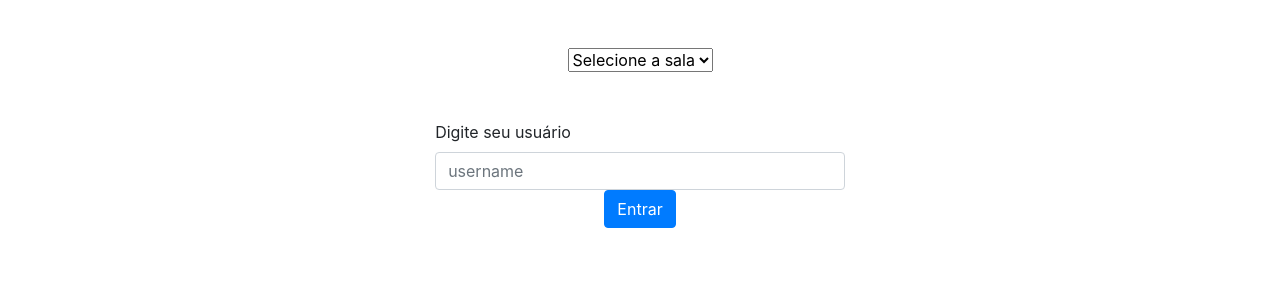
Repository: andre06x/chat-scoketio
Page: / (app in front/)
The author's editor kept a copy of each file at every save. The page is drawn from the files as they stood at one save, then again after the next save.
The browser window is 1280 px wide. The pictures show the whole page.
The page's requests for data from a server got no answer. The project was rebuilt for these pictures with package versions that can differ from the ones it lists, and the page was loaded fresh each time. No one was signed in, and anything a server would have sent is missing. Also part of the build but not shown: front/vite.config.js, front/src/chat.js.

Above is the page before, as saved 2022-05-16 11:02:24.

After the next save:
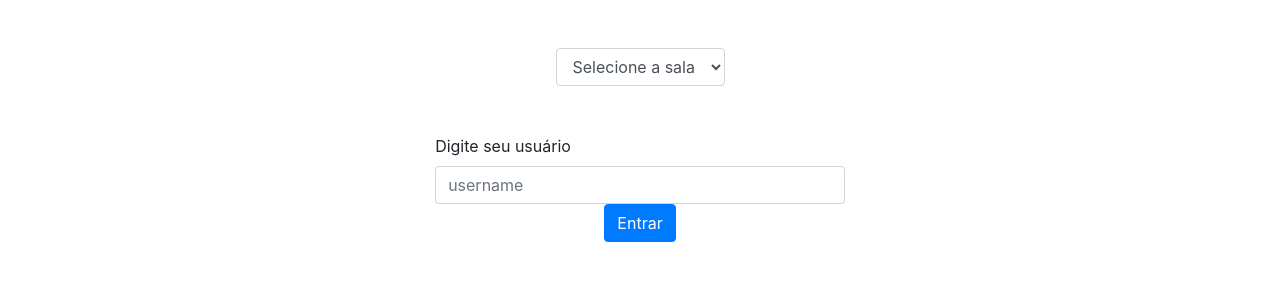
Saved 16 s later.
--- a/front/src/index.jsx
+++ b/front/src/index.jsx
@@ -21,7 +21,7 @@ const Home = () => {
   return (
     <div class="container d-flex flex-column align-items-center">
       <div class="row m-5">
-        <select name="select_room" id="select_room">
+        <select name="select_room"className="form-control"  id="select_room">
           <option value="-1">Selecione a sala</option>
           <option value="node">Node</option>
           <option value="java">Java</option>
